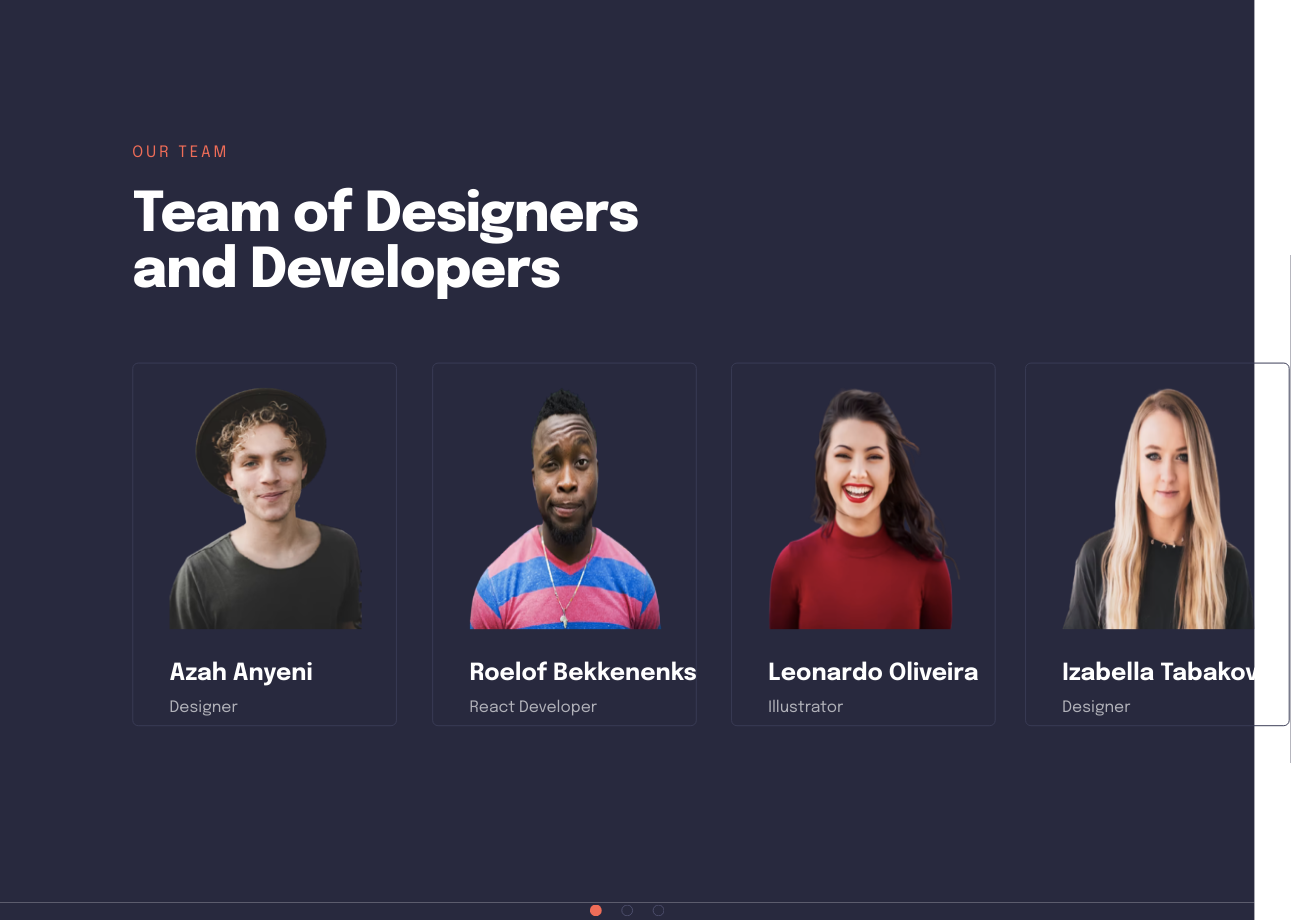
Repository: simralgasimov/ourteam
Page: index.html
The author's editor kept a copy of each file at every save. The page is drawn from the files as they stood at one save, then again after the next save.
The browser window is 1280 px wide. The page is 1317 px wide, then 1280 px, so the pictures cover 1317 px, including what lies to the right of the window. The pictures show the whole page, at 98% of full size.

Above is the page before, as saved 2023-09-06 13:00:15.

### index.html
<!DOCTYPE html>
<html lang="en">
  <head>
    <meta charset="UTF-8" />
    <meta name="viewport" content="width=device-width, initial-scale=1.0" />
    <title>Document</title>
    <link rel="stylesheet" href="index.css" />
  </head>
  <body>
    <div class="container">
      <h1>Our Team</h1>
      <h2>Team of Designers and Developers</h2>
      <div class="container-1">
        <div class="box">
          <img src="./img/Bitmap.png" alt="" />
          <h3>Azah Anyeni</h3>
          <p>Designer</p>
        </div>
        <div class="box">
          <img src="./img/Bitmap (1).png" alt="" />
          <h3>Roelof Bekkenenks</h3>
          <p>React Developer</p>
        </div>

        <div class="box">
          <img src="./img/Bitmap (2).png" alt="" />
          <h3>Leonardo Oliveira</h3>
          <p>Illustrator</p>
        </div>

        <div class="box">
          <img src="./img/Bitmap (3).png" alt="" />
          <h3>Izabella Tabakova</h3>
          <p>Designer</p>
        </div>
      </div>
    </div>

    <div class="container-2">
      <div class="button">
        <img src="./img/pins.svg" alt="" />
      </div>
    </div>
  </body>
</html>

### index.css
@import url("https://fonts.googleapis.com/css2?family=Epilogue:wght@400;700;800;900&display=swap");

* {
  margin: 0;
  padding: 0;
  box-sizing: border-box;
}

.container {
  padding: 140px 135px 180px 135px;
  background: #28293e;
}

.container .container-1 {
  display: flex;
}

.container h1 {
  color: var(--Text_Light_Accent, #ef6d58);
  font-feature-settings: "clig" off, "liga" off;
  font-family: Epilogue;
  font-size: 16px;
  font-style: normal;
  font-weight: 400;
  line-height: 32px;
  letter-spacing: 3px;
  text-transform: uppercase;
}

.container h2 {
  margin-top: 20px;
  width: 532px;
  color: var(--Text_Light, #fff);
  font-feature-settings: "clig" off, "liga" off;
  font-family: Epilogue;
  font-size: 56px;
  font-style: normal;
  font-weight: 800;
  letter-spacing: -1px;
}

.container .container-1 {
  margin-top: 64px;
}
.container-1 .box {
  padding: 24px 37px 1px 37px;
  width: 270px;
  border-radius: 6px;
  border: 1px solid #3a3c56;
}

.container-1 .box img {
  width: 196px;
  height: 247px;
}

.container-1 .box h3 {
  justify-content: center;
  margin-top: 26px;
  color: var(--Text_Light, #fff);
  font-feature-settings: "clig" off, "liga" off;
  font-family: Epilogue;
  font-size: 24px;
  font-style: normal;
  font-weight: 700;
  line-height: 32px;
}

.container .box p {
  margin-top: 3px;
  color: var(--Text_Light_Gray, rgba(255, 255, 255, 0.64));
  font-feature-settings: "clig" off, "liga" off;
  font-family: Epilogue;
  font-size: 16px;
  font-style: normal;
  font-weight: 400;
  line-height: 32px;
}

.container .container-1 .box h3:nth-child(2) {
  width: 233px;
}

.container .container-1 .box:nth-child(2) {
  margin-left: 36px;
}

.container .container-1 .box:nth-child(3) {
  margin-left: 35px;
}

.container .container-1 .box:nth-child(4) {
  margin-left: 30px;
}

.container-2 {
  background: #28293e;
}

.container-2 .button {
  width: 76px;
  margin: auto;
}

After the next save:
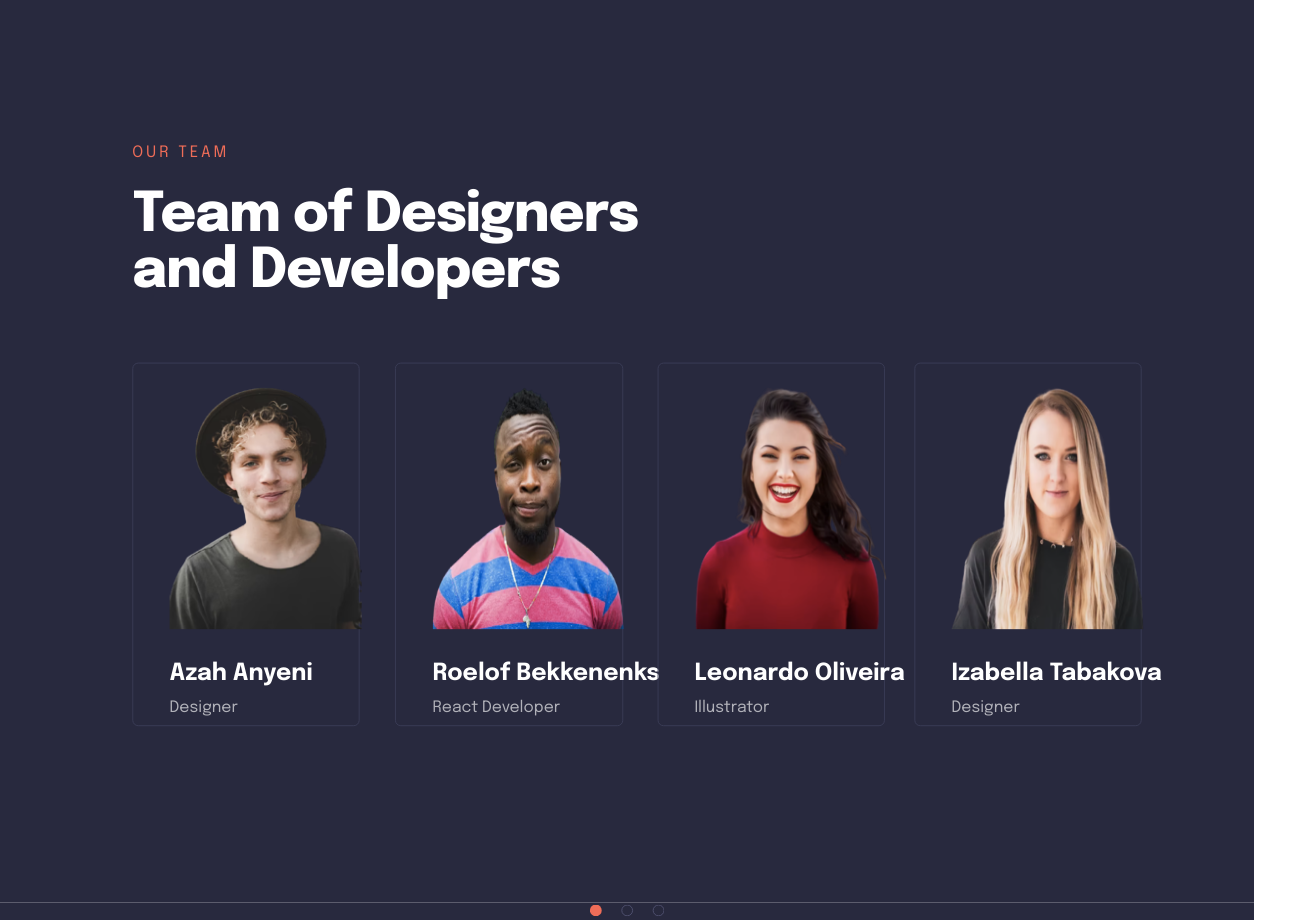
Saved 89 s later.
--- a/index.css
+++ b/index.css
@@ -44,7 +44,7 @@
 }
 .container-1 .box {
   padding: 24px 37px 1px 37px;
-  width: 270px;
+  width: 23%;
   border-radius: 6px;
   border: 1px solid #3a3c56;
 }
